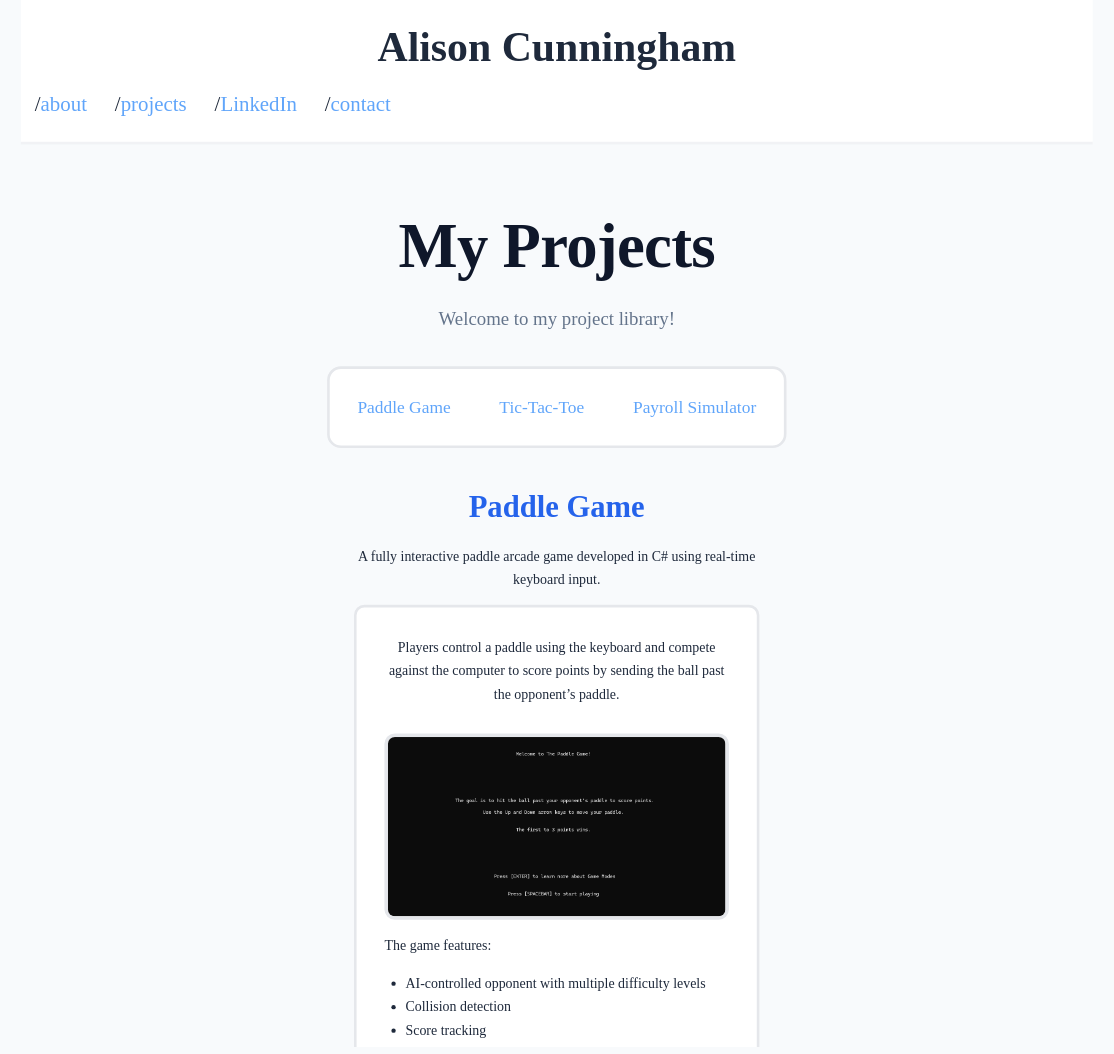
Repository: alison-cunningham/alison-cunningham
Page: pages/main-projects-page.html
An editor plug-in stored every save of this project. The page is shown before and after the next save, followed by the edit.
The browser window is 1280 px wide. The pictures show the whole page, at 87% of full size.
Some web fonts or font styles are not loaded; a fallback is used.

Above is the page before, as saved 2026-05-12 20:48:18.

After the next save:
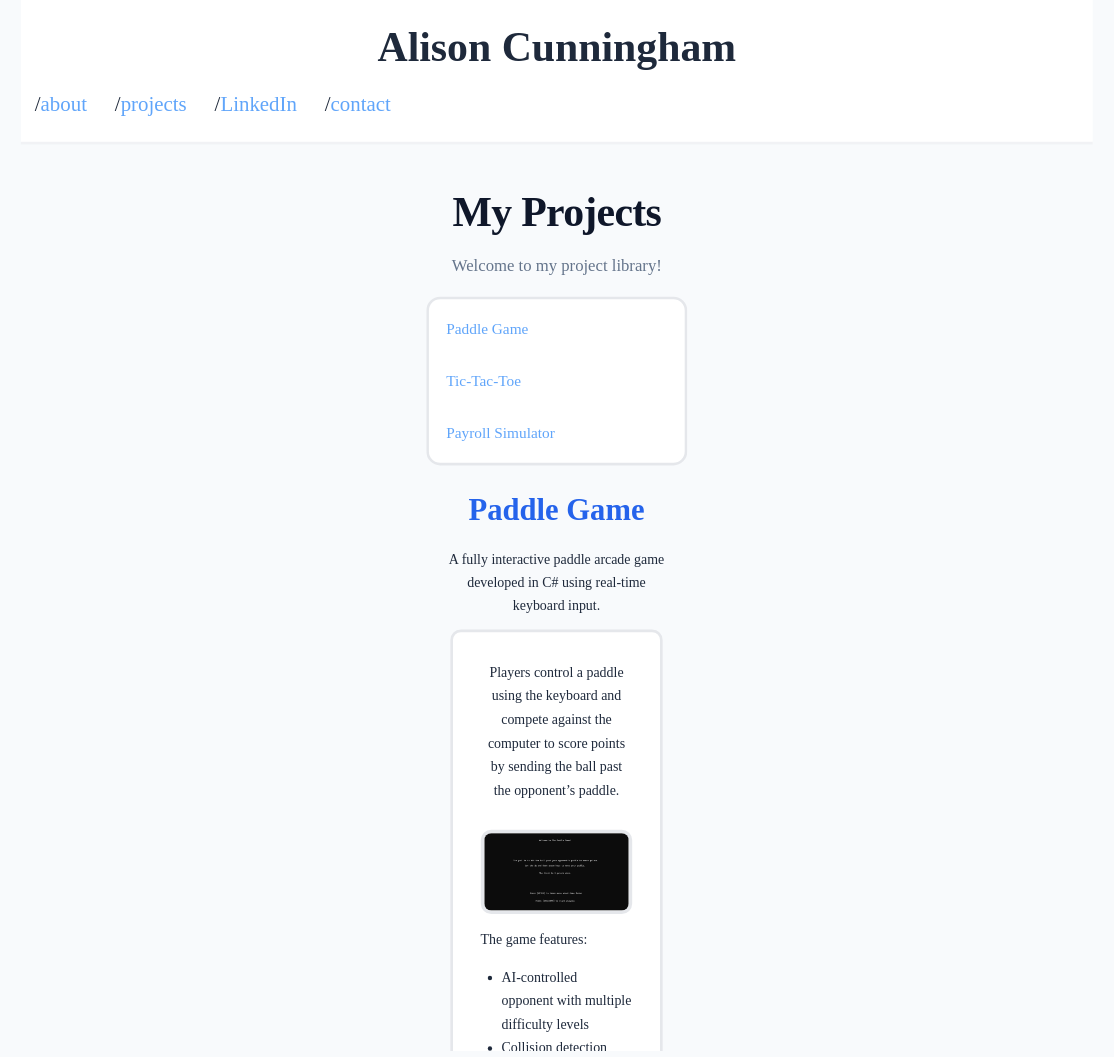
Saved 5 min 15 s later.
--- a/styles/pages.css
+++ b/styles/pages.css
@@ -161,74 +161,42 @@ iframe{
 
 @media (min-width: 768px){
 
-    .main-header h2{
-        font-size: 3.5rem;
-    }
-
-        nav{
-        gap: 1.5rem;
-        padding: 1rem;
-    }
-
-    nav a{
-        font-size: 1.2rem;
-        padding: 0.75rem 1rem;
-    }
-
-    .project-description{
-        max-width: 90%;
-        padding: 2.5rem;
-    }
-
-    img{
-        max-width: 85%;
-    }
-
-    .project-header h1{
-        font-size: 2.8rem;
-    }
-
-    .learned{
-        padding: 1rem 2rem;
-    }
-}
-
-@media (min-width: 1000px){
-     .main-header h2{
-        font-size: 4.5rem;
-    }
-
-    .main-header p{
-        font-size: 1.35rem;
-    }
-
-    nav{
-        max-width: 65rem;
-    }
-
-    nav a{
-        font-size: 1.25rem;
-    }
-
-    .project-description{
-        max-width: 75%;
-        font-size: 1.05rem;
-    }
-
-    img{
-        max-width: 70%;
-    }
-
-    .project-header h1{
-        font-size: 3.2rem;
-    }
-
     .project-layout{
         display: flex;
         flex-direction: column;
         gap: 1.5rem;
     }
 
+}
+
+@media (min-width: 1000px){
+
+    .projects-layout{
+        display: grid;
+        grid-template-columns: 16rem 1fr;
+        align-items: start;
+
+        gap: 2rem;
+        width: 100%;
+    }
+
+    nav{
+        position: sticky;
+        top: 2rem;
+
+        display: flex;
+        flex-direction: column;
+
+        width: 100%;
+        margin: 0;
+    }
+
+    nav a{
+        width: 100%;
+        text-align: left;
+    }
+
+
     iframe{
         min-height: 90vh;
     }
